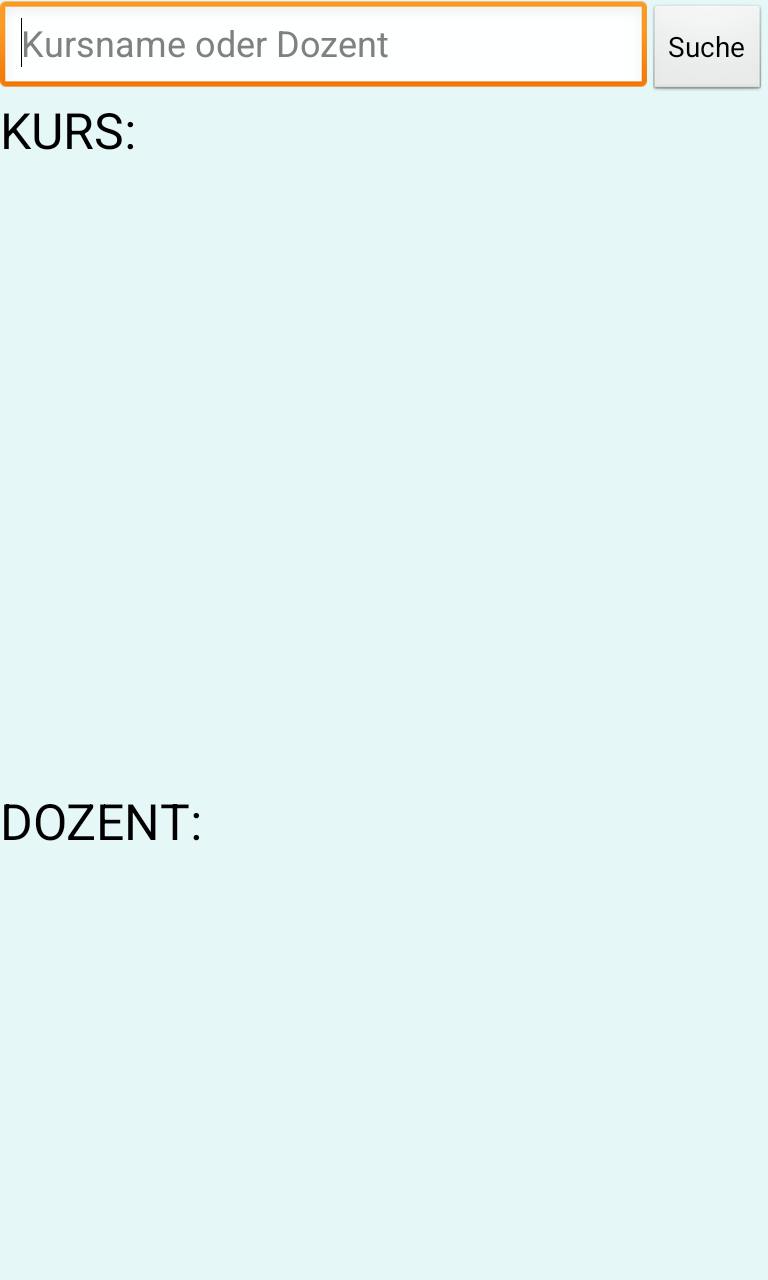
Repository: georgleber/IliConnect
Layout: IliConnect/res/layout/suche_layout.xml
These files come from the project's save history. The layout is drawn as it stood at one moment and after the next save; the edit follows.
It is drawn on a 768 x 1280 px phone screen (xhdpi) without system bars, with theme AppTheme; the app's code is not run. Lists and similar views that code fills are empty.

Above is the layout before, as saved 2012-12-18 22:26:02.

After the next save:
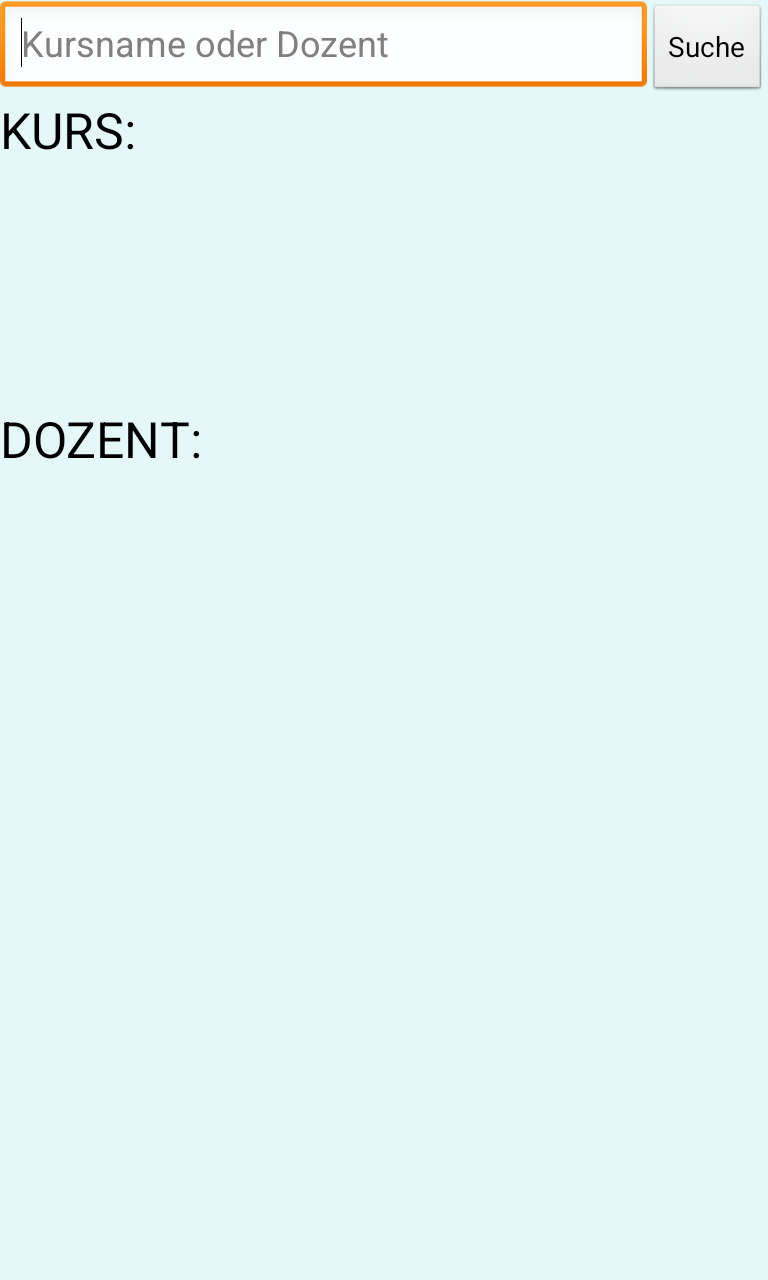
Saved 4 min 32 s later.
--- a/IliConnect/res/layout/suche_layout.xml
+++ b/IliConnect/res/layout/suche_layout.xml
@@ -39,24 +39,19 @@
     <ListView
         android:id="@+id/kurs_list"
         style="@style/ListView"
-        android:layout_weight="1"
         android:layout_width="fill_parent"
-        android:layout_height="match_parent" >
+        android:layout_height="140dp"
+        android:layout_weight="0.5"  >
     </ListView>
 
-<LinearLayout android:layout_weight="1"
-                    android:layout_height="fill_parent"
-                    android:layout_width="fill_parent">
-    </LinearLayout>
-
-<TextView
-    android:id="@+id/dozent_suche_label"
-    android:layout_width="wrap_content"
-    android:layout_height="wrap_content"
-    android:layout_marginTop="99dp"
-    android:text="@string/Dozent_suche"
-    android:textAppearance="?android:attr/textAppearanceMedium"
-    android:textSize="25sp" />
+    <TextView
+        android:id="@+id/dozent_suche_label"
+        android:layout_width="wrap_content"
+        android:layout_height="wrap_content"
+        android:layout_marginTop="99dp"
+        android:text="@string/Dozent_suche"
+        android:textAppearance="?android:attr/textAppearanceMedium"
+        android:textSize="25sp" />
 
 <ListView
     android:id="@+id/dozent_list"
@@ -66,11 +61,6 @@
     android:layout_height="fill_parent" >
 </ListView>
 
-<LinearLayout android:layout_weight="1"
-                android:layout_height="fill_parent"
-                android:layout_width="fill_parent">
-</LinearLayout>
-
 
 
 </LinearLayout>
